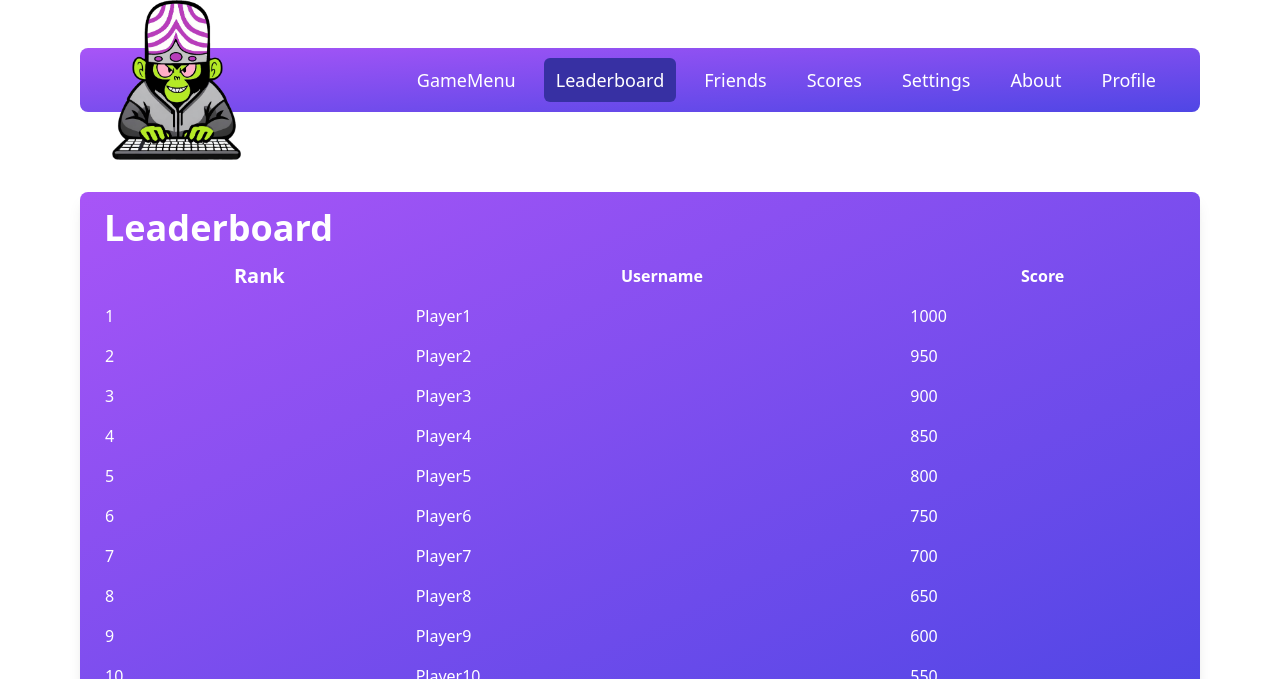
Repository: shaafsalman/notMonkeyType
Page: /Leaderboards (app in not-monkeytype-vite/)
An editor plug-in stored every save of this project. The page is shown before and after a run of saves, followed by the edit.
The browser window is 1280 px wide. The pictures show the part of the page from y = 0 to 679 px (the page is 1237 px tall before and 1124 px after).
Pictures or frames that could not be fetched are drawn as grey boxes. The project was rebuilt for these pictures with package versions that can differ from the ones it lists, and the page was loaded fresh each time. Also part of the build but not shown: not-monkeytype-vite/vite.config.js, not-monkeytype-vite/src/components/Page-Parts/GameMenu.jsx, not-monkeytype-vite/src/components/Page-Parts/Friends.jsx, not-monkeytype-vite/src/components/Page-Parts/Scores.jsx, not-monkeytype-vite/src/components/Page-Parts/Settings.jsx, not-monkeytype-vite/src/components/Page-Parts/Profile.jsx, not-monkeytype-vite/src/components/Page-Parts/NoPage.jsx.

Above is the page before, as saved 2024-05-01 03:51:28.

After the next 2 saves:
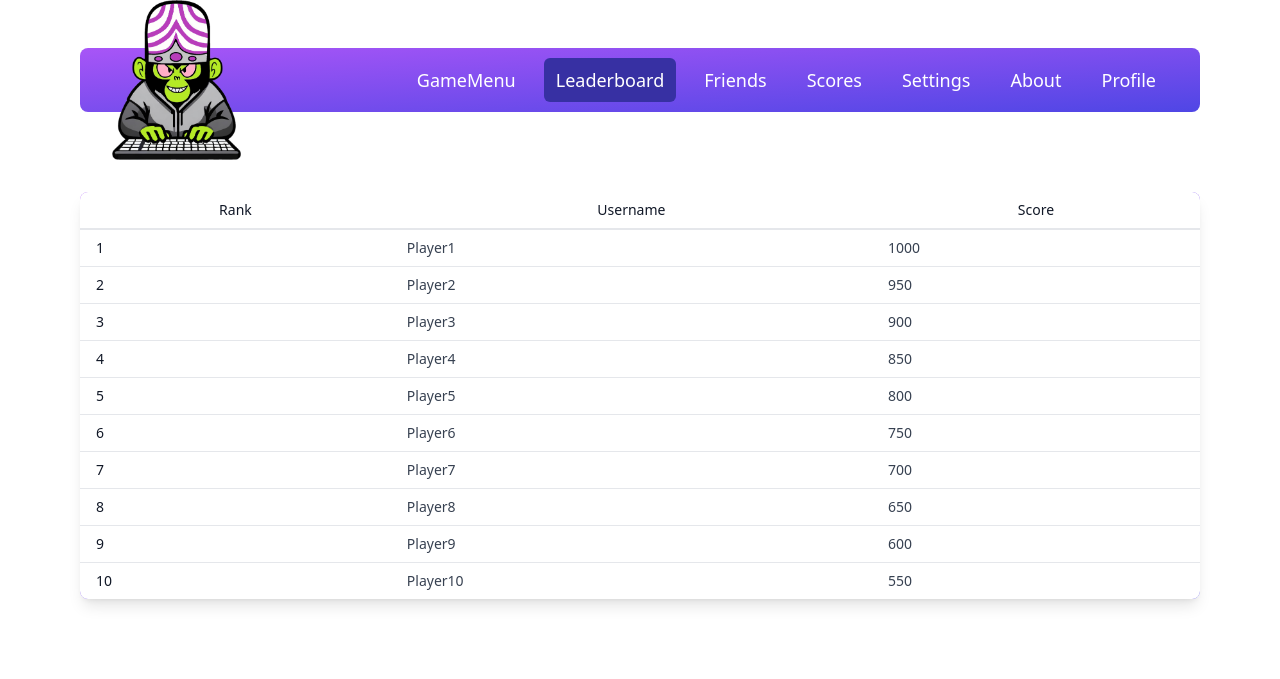
The 2 saves are shown as one change because they came seconds apart.
The last was saved 20 s later.
--- a/not-monkeytype-vite/src/components/Page-Parts/Leaderboards.jsx
+++ b/not-monkeytype-vite/src/components/Page-Parts/Leaderboards.jsx
@@ -19,29 +19,27 @@
   return (
     <div className="leaderboard-container">
      <div className="max-w-screen-xl rounded-lg ml-10 my-20 mr-20 ml-20	 overflow-hidden shadow-lg bg-gradient-to-br from-purple-500 to-indigo-600">
-        <div className="px-6 py-4">
-          <div className="font-bold text-4xl text-white mb-2">Leaderboard</div>
-          <div className="overflow-x-auto">
-            <table className="w-full text-white">
-              <thead>
-                <tr>
-                  <th className="py-1 font-bold text-xl">Rank</th>
-                  <th className="py-2">Username</th>
-                  <th className="py-2">Score</th>
-                </tr>
-              </thead>
-              <tbody>
-                {leaderboardData.map((data) => (
-                  <tr key={data.rank}>
-                    <td className="py-2">{data.rank}</td>
-                    <td className="py-2">{data.username}</td>
-                    <td className="py-2">{data.score}</td>
-                  </tr>
-                ))}
-              </tbody>
-            </table>
-          </div>
-        </div>
+     <div className="overflow-x-auto">
+        <table className="min-w-full divide-y-2 divide-gray-200 bg-white text-sm">
+          <thead className="ltr:text-left rtl:text-right">
+            <tr>
+              <th className="whitespace-nowrap px-4 py-2 font-medium text-gray-900">Rank</th>
+              <th className="whitespace-nowrap px-4 py-2 font-medium text-gray-900">Username</th>
+              <th className="whitespace-nowrap px-4 py-2 font-medium text-gray-900">Score</th>
+            </tr>
+          </thead>
+
+          <tbody className="divide-y divide-gray-200">
+            {leaderboardData.map((data) => (
+              <tr key={data.rank}>
+                <td className="whitespace-nowrap px-4 py-2 font-medium text-gray-900">{data.rank}</td>
+                <td className="whitespace-nowrap px-4 py-2 text-gray-700">{data.username}</td>
+                <td className="whitespace-nowrap px-4 py-2 text-gray-700">{data.score}</td>
+              </tr>
+            ))}
+          </tbody>
+        </table>
+      </div>
       </div>
     </div>
   );

After the 3 saves that followed:
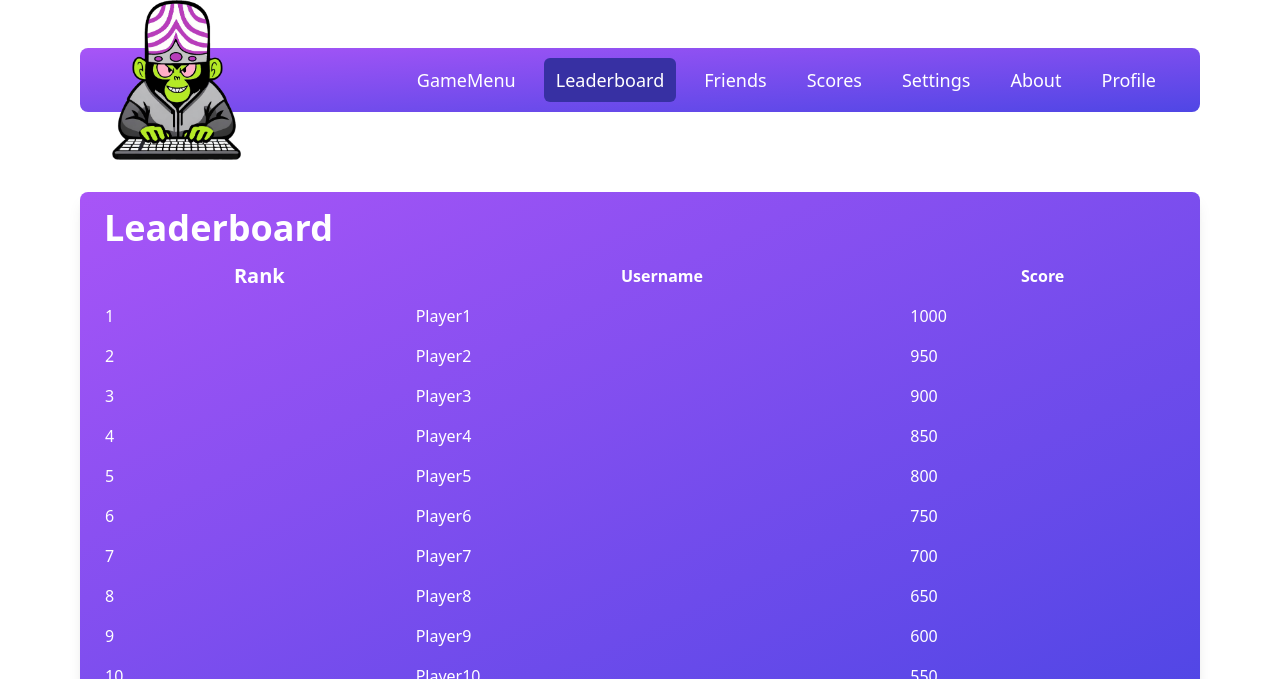
The 3 saves are shown as one change because they came seconds apart.
The last was saved 15 s later.
--- a/not-monkeytype-vite/src/components/Page-Parts/Leaderboards.jsx
+++ b/not-monkeytype-vite/src/components/Page-Parts/Leaderboards.jsx
@@ -19,27 +19,29 @@
   return (
     <div className="leaderboard-container">
      <div className="max-w-screen-xl rounded-lg ml-10 my-20 mr-20 ml-20	 overflow-hidden shadow-lg bg-gradient-to-br from-purple-500 to-indigo-600">
-     <div className="overflow-x-auto">
-        <table className="min-w-full divide-y-2 divide-gray-200 bg-white text-sm">
-          <thead className="ltr:text-left rtl:text-right">
-            <tr>
-              <th className="whitespace-nowrap px-4 py-2 font-medium text-gray-900">Rank</th>
-              <th className="whitespace-nowrap px-4 py-2 font-medium text-gray-900">Username</th>
-              <th className="whitespace-nowrap px-4 py-2 font-medium text-gray-900">Score</th>
-            </tr>
-          </thead>
-
-          <tbody className="divide-y divide-gray-200">
-            {leaderboardData.map((data) => (
-              <tr key={data.rank}>
-                <td className="whitespace-nowrap px-4 py-2 font-medium text-gray-900">{data.rank}</td>
-                <td className="whitespace-nowrap px-4 py-2 text-gray-700">{data.username}</td>
-                <td className="whitespace-nowrap px-4 py-2 text-gray-700">{data.score}</td>
-              </tr>
-            ))}
-          </tbody>
-        </table>
-      </div>
+        <div className="px-6 py-4">
+          <div className="font-bold text-4xl text-white mb-2">Leaderboard</div>
+          <div className="overflow-x-auto">
+            <table className="w-full text-white">
+              <thead>
+                <tr>
+                  <th className="py-1 font-bold text-xl">Rank</th>
+                  <th className="py-2">Username</th>
+                  <th className="py-2">Score</th>
+                </tr>
+              </thead>
+              <tbody>
+                {leaderboardData.map((data) => (
+                  <tr key={data.rank}>
+                    <td className="py-2">{data.rank}</td>
+                    <td className="py-2">{data.username}</td>
+                    <td className="py-2">{data.score}</td>
+                  </tr>
+                ))}
+              </tbody>
+            </table>
+          </div>
+        </div>
       </div>
     </div>
   );
